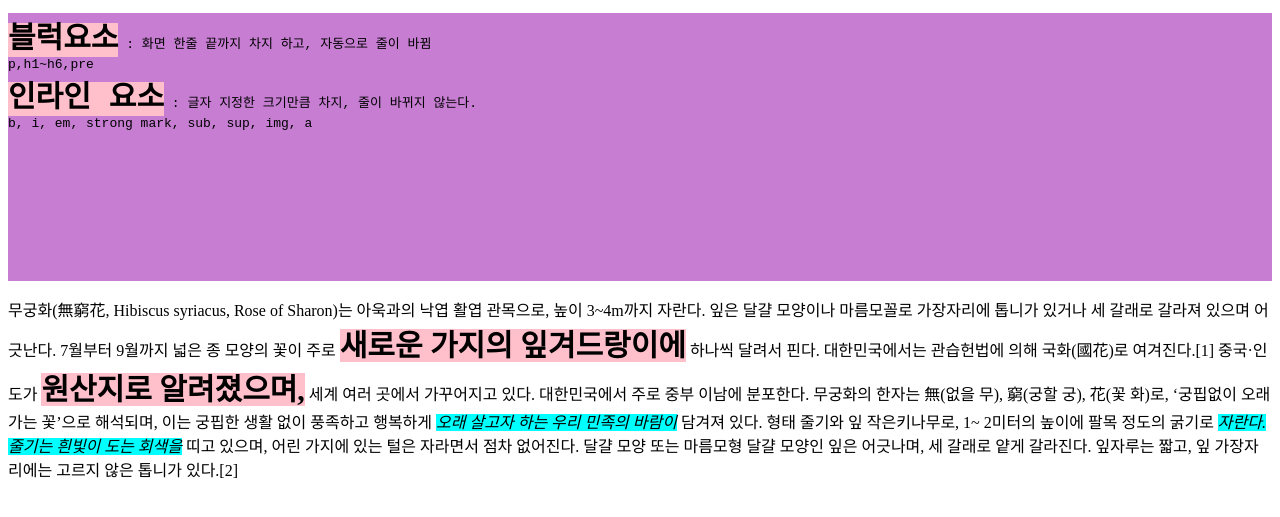
Repository: sH1222J/SH_DDit_WEB_study
Page: workspace/webpro/src/main/webapp/0304/텍스트서식.html
The author's editor kept a copy of each file at every save. The page is drawn from the files as they stood at one save, then again after the next save.
The browser window is 1280 px wide. The pictures show the whole page.

Above is the page before, as saved 2025-03-04 03:29:27.

After the next save:
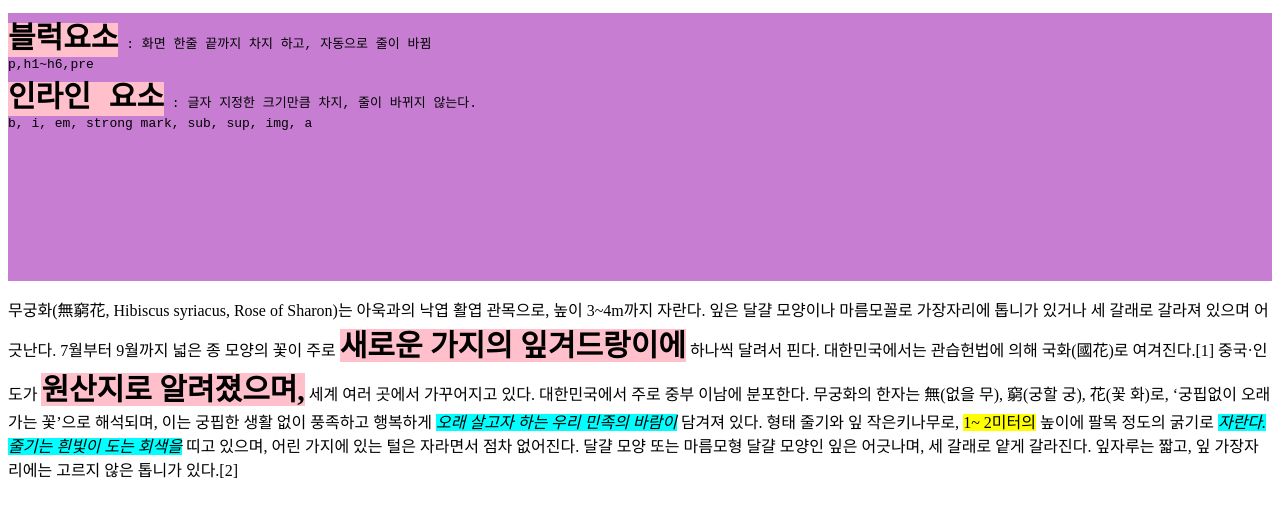
Saved 53 s later.
--- a/workspace/webpro/src/main/webapp/0304/텍스트서식.html
+++ b/workspace/webpro/src/main/webapp/0304/텍스트서식.html
@@ -48,7 +48,7 @@ b, i, em, strong mark, sub, sup, img, a
 		국화(國花)로 여겨진다.[1] 중국·인도가 <strong>원산지로 알려졌으며,</strong> 세계 여러 곳에서 가꾸어지고
 		있다. 대한민국에서 주로 중부 이남에 분포한다. 무궁화의 한자는 無(없을 무), 窮(궁할 궁), 花(꽃 화)로, ‘궁핍없이
 		오래가는 꽃’으로 해석되며, 이는 궁핍한 생활 없이 풍족하고 행복하게 <i>오래 살고자 하는 우리 민족의 바람이</i> 담겨져
-		있다. 형태 줄기와 잎 작은키나무로, 1~ 2미터의 높이에 팔목 정도의 굵기로 <em>자란다. 줄기는 흰빛이 도는
+		있다. 형태 줄기와 잎 작은키나무로, <mark>1~ 2미터의</mark> 높이에 팔목 정도의 굵기로 <em>자란다. 줄기는 흰빛이 도는
 			회색을</em> 띠고 있으며, 어린 가지에 있는 털은 자라면서 점차 없어진다. 달걀 모양 또는 마름모형 달걀 모양인 잎은 어긋나며,
 		세 갈래로 얕게 갈라진다. 잎자루는 짧고, 잎 가장자리에는 고르지 않은 톱니가 있다.[2]
 	</p>
